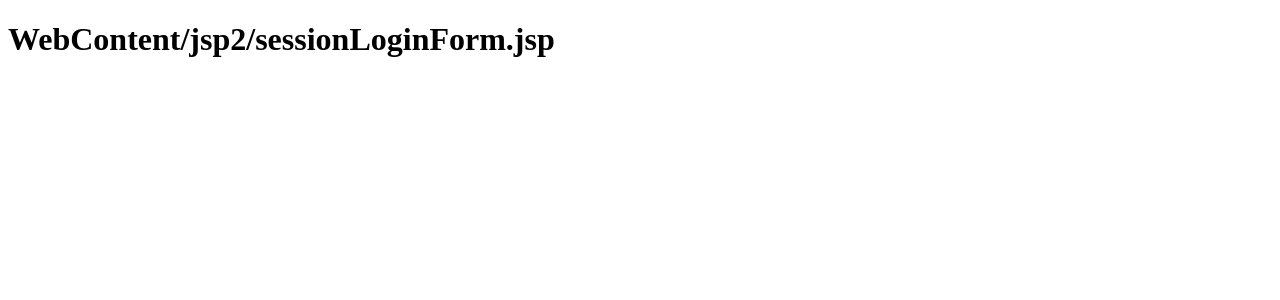
Repository: ReadStar/workspace_jsp
Page: http://localhost/StudyJSP/jsp2/sessionLoginForm.jsp
These files come from the project's save history. The page is drawn as it stood at one moment and after the next save; the edit follows.
The browser window is 1280 px wide. The pictures show the whole page.
The page is served by Tomcat 9.

Above is the page before, as saved 2020-08-14 01:23:40.

After the next save:
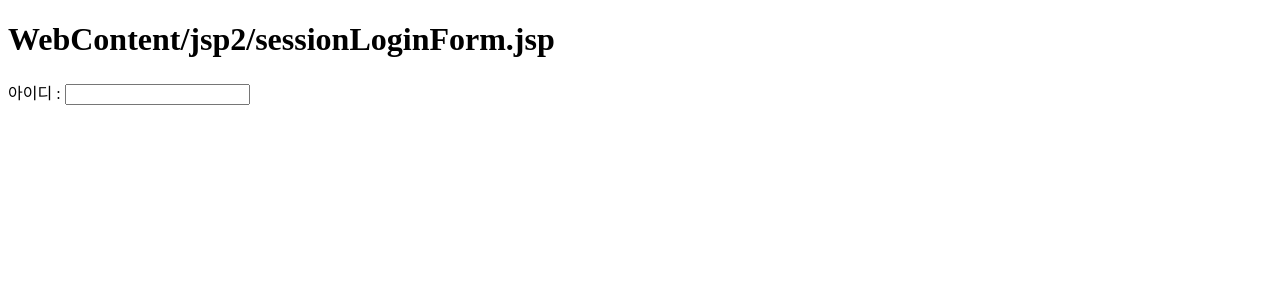
Saved 2 min 35 s later.
--- a/StudyJSP/WebContent/jsp2/sessionLoginForm.jsp
+++ b/StudyJSP/WebContent/jsp2/sessionLoginForm.jsp
@@ -8,5 +8,8 @@
 </head>
 <body>
 <h1>WebContent/jsp2/sessionLoginForm.jsp</h1>
+<form action="sessionLoginPro,.jsp" method="post">
+아이디 : <input type="text" name="id"><br>
+</form>
 </body>
 </html>

After the save that followed:
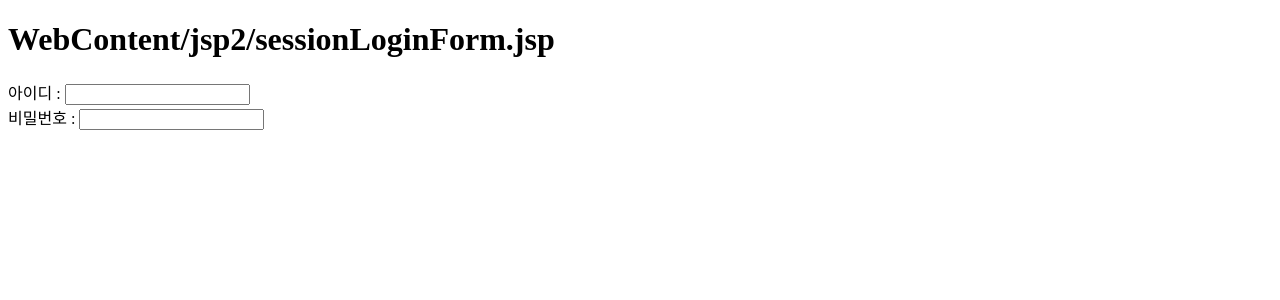
Saved 13 s later.
--- a/StudyJSP/WebContent/jsp2/sessionLoginForm.jsp
+++ b/StudyJSP/WebContent/jsp2/sessionLoginForm.jsp
@@ -10,6 +10,7 @@
 <h1>WebContent/jsp2/sessionLoginForm.jsp</h1>
 <form action="sessionLoginPro,.jsp" method="post">
 아이디 : <input type="text" name="id"><br>
+비밀번호 : <input type="text" name="pass"><br>
 </form>
 </body>
 </html>
